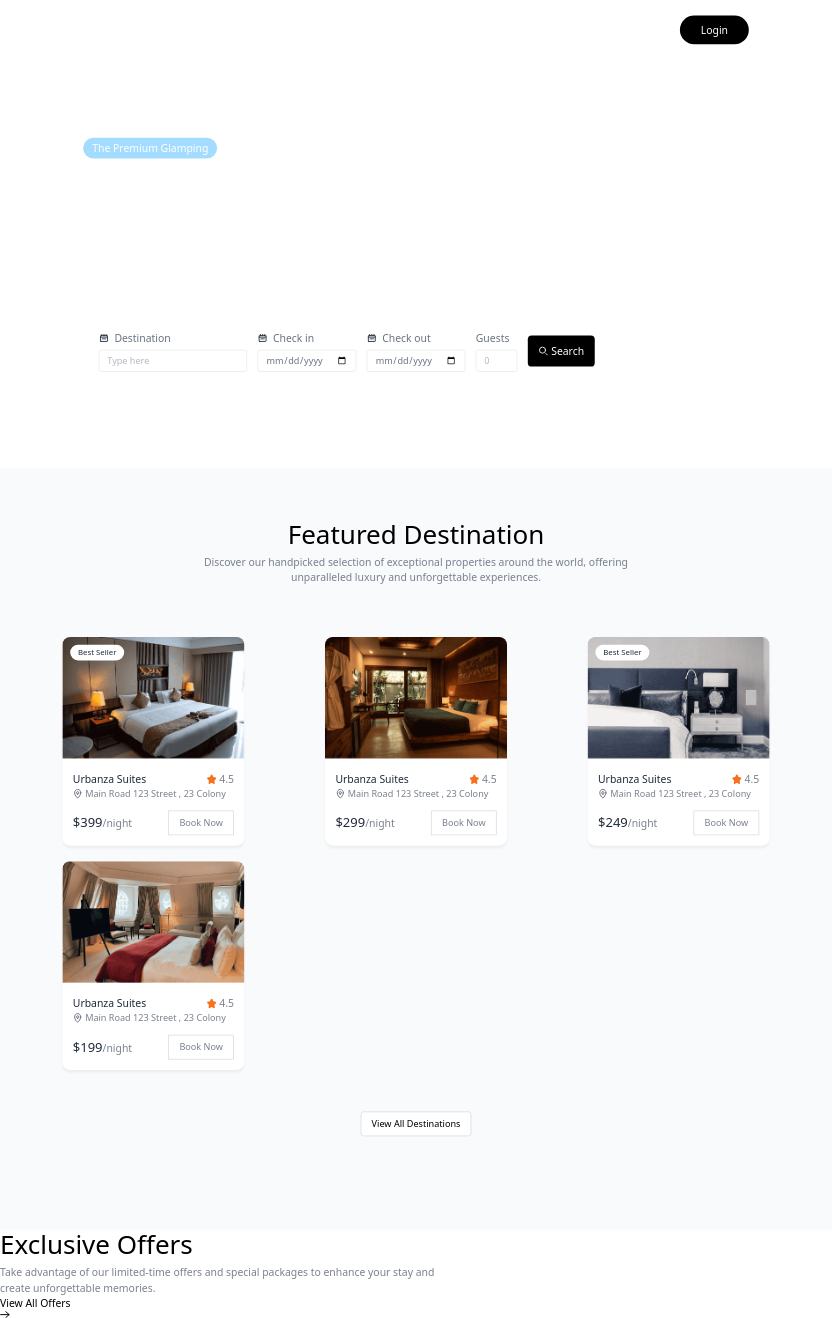
Repository: Ponn-Star/My-App
Page: / (app in FrontEnd/)
These files come from the project's save history. The page is drawn as it stood at one moment and after the next save; the edit follows.
The browser window is 1280 px wide. The pictures show the whole page, at 65% of full size.
The project was rebuilt for these pictures with package versions that can differ from the ones it lists, and the page was loaded fresh each time. Also part of the build but not shown: FrontEnd/vite.config.js, FrontEnd/src/assets/assets.js.

Above is the page before, as saved 2025-05-08 23:03:29.

### FrontEnd/index.html
<!doctype html>
<html lang="en">
  <head>
    <meta charset="UTF-8" />
    <link rel="icon" type="image/svg+xml" href="/favicon.svg" />
    <meta name="viewport" content="width=device-width, initial-scale=1.0" />
    <title>Booking</title>
  </head>
  <body>
    <div id="root"></div>
    <script type="module" src="/src/main.jsx"></script>
  </body>
</html>

### FrontEnd/src/main.jsx
import { StrictMode } from 'react'
import { createRoot } from 'react-dom/client'
import './index.css'
import App from './App.jsx'
import { BrowserRouter } from 'react-router-dom'

createRoot(document.getElementById('root')).render(
    <BrowserRouter>
      <App />
    </BrowserRouter>
)

### FrontEnd/src/App.jsx
import React from 'react'
import Navbar from './components/Navbar'
import { Route, Routes, useLocation } from 'react-router-dom'
import Home from './pages/Home'

function App() {

  const isOwnerPath = useLocation().pathname.includes("owner");
  return (
    <div>
      {!isOwnerPath && <Navbar />}
      <div className='min-h-[70vh]'>
        <Routes>
          <Route path='/' element={<Home />} />
        </Routes>
      </div>
    </div>
  )
}

export default App

### FrontEnd/src/components/Navbar.jsx
import React from 'react';
import { Link } from 'react-router-dom';
import { assets } from '../assets/assets';

const Navbar = () => {
    const navLinks = [
        { name: 'Home', path: '/' },
        { name: 'Hotels', path: '/rooms' },
        { name: 'Experience', path: '/' },
        { name: 'About', path: '/' },
    ];

    const [isScrolled, setIsScrolled] = React.useState(false);
    const [isMenuOpen, setIsMenuOpen] = React.useState(false);

    React.useEffect(() => {
        const handleScroll = () => {
            setIsScrolled(window.scrollY > 10);
        };
        window.addEventListener("scroll", handleScroll);
        return () => window.removeEventListener("scroll", handleScroll);
    }, []);

    return (
            <nav className={`fixed top-0 left-0 w-full flex items-center justify-between px-4 md:px-16 lg:px-24 xl:px-32 transition-all duration-500 z-50 ${isScrolled ? "bg-white/80 shadow-md text-gray-700 backdrop-blur-lg py-3 md:py-4" : "py-4 md:py-6"}`}>

                {/* Logo */}
                <Link to='/'>
                    <img src={assets.logo} alt="logo" className={`h-9 ${isScrolled && "invert opacity-80"}`} />
                </Link>

                {/* Desktop Nav */}
                <div className="hidden md:flex items-center gap-4 lg:gap-8">
                    {navLinks.map((link, i) => (
                        <a key={i} href={link.path} className={`group flex flex-col gap-0.5 ${isScrolled ? "text-gray-700" : "text-white"}`}>
                            {link.name}
                            <div className={`${isScrolled ? "bg-gray-700" : "bg-white"} h-0.5 w-0 group-hover:w-full transition-all duration-300`} />
                        </a>
                    ))}
                    <button className={`border px-4 py-1 text-sm font-light rounded-full cursor-pointer ${isScrolled ? 'text-black' : 'text-white'} transition-all`}>
                        Dashboard
                    </button>
                </div>

                {/* Desktop Right */}
                <div className="hidden md:flex items-center gap-4">
                    <img src={assets.searchIcon} alt='search' className={`${isScrolled && "invert"} h-7 transition duration-500`} />
                    <button className="bg-black text-white px-8 py-2.5 rounded-full ml-4 transition-all duration-500">
                        Login
                    </button>
                </div>

                {/* Mobile Menu Button */}
                <div className="flex items-center gap-3 md:hidden">
                    <img onClick={()=> setIsMenuOpen(!isMenuOpen)} src={assets.menuIcon} alt='' className={`${isScrolled && "invert"} h-4`} />
                </div>

                {/* Mobile Menu */}
                <div className={`fixed top-0 left-0 w-full h-screen bg-white text-base flex flex-col md:hidden items-center justify-center gap-6 font-medium text-gray-800 transition-all duration-500 ${isMenuOpen ? "translate-x-0" : "-translate-x-full"}`}>
                    <button className="absolute top-4 right-4" onClick={() => setIsMenuOpen(false)}>
                        <img src={assets.closeIcon} alt='close' className="h-6.5" />
                    </button>

                    {navLinks.map((link, i) => (
                        <a key={i} href={link.path} onClick={() => setIsMenuOpen(false)}>
                            {link.name}
                        </a>
                    ))}

                    <button className="border px-4 py-1 text-sm font-light rounded-full cursor-pointer transition-all">
                        Dashboard
                    </button>

                    <button className="bg-black text-white px-8 py-2.5 rounded-full transition-all duration-500">
                        Login
                    </button>
                </div>
            </nav>
    );
}

export default Navbar

### FrontEnd/src/pages/Home.jsx
import React from 'react'
import Hero from '../components/Hero'
import FeaturedDestination from '../components/FeaturedDestination'
import ExclusiveOffers from '../components/ExclusiveOffers'

const Home = () => {
  return (
    <>
      <Hero />
      <FeaturedDestination />
      <ExclusiveOffers />
    </>
  )
}

export default Home

### FrontEnd/src/components/Hero.jsx
import React from 'react'
import { cities } from '../assets/assets'

const Hero = () => {
  return (
    <div className='flex flex-col items-start justify-center px-6 md:px-16 lg:px-24 xl:px-32 text-white bg-[url("/src/assets/heroImage.png")] bg-no-repeat bg-cover bg-center h-screen'>
      <p className="bg-[#49B9FF]/50 px-3.5 py-1 rounded-full mt-20">The Premium Glamping</p>
      <h1 className="font-playfair text-2x1 md:text-5x1 md:text-[50px] md:leading-[56px] font-bold md:font-extrabold max-w-xl mt-4">CỰC CHILL CẮM TRẠI BBQ TRƯỚC LỀU!</h1>
      <p className="max-w-170 mt-2 text-sm md:text-base">Giữa rừng thông lặng lẽ, 𝐅𝐨𝐫𝐞𝐬𝐭 𝐒𝐜𝐞𝐧𝐭 𝐆𝐥𝐚𝐦𝐩𝐢𝐧𝐠 & 𝐂𝐚𝐦𝐩𝐢𝐧𝐠 không ồn ào, không vội vã, không deadline. Chỉ cần xách balo lên và để 𝐅𝐨𝐫𝐞𝐬𝐭 𝐒𝐜𝐞𝐧𝐭 lo. Mọi thứ đã sẵn sàng để bạn “nghỉ ngơi” đúng nghĩa</p>

      <form className='bg-white text-gray-500 rounded-lg px-6 py-4 flex flex-col md:flex-row max-md:items-start gap-4 max-md:mx-auto mt-10'>

            <div>
                <div className='flex items-center gap-2'>
                    <svg className="w-4 h-4 text-gray-800" aria-hidden="true" xmlns="http://www.w3.org/2000/svg" width="24" height="24" fill="none" viewBox="0 0 24 24" >
                        <path stroke="currentColor" strokeLinecap="round" strokeLinejoin="round" strokeWidth="2" d="M4 10h16M8 14h8m-4-7V4M7 7V4m10 3V4M5 20h14a1 1 0 0 0 1-1V7a1 1 0 0 0-1-1H5a1 1 0 0 0-1 1v12a1 1 0 0 0 1 1Z" />
                    </svg>
                    <label htmlFor="destinationInput">Destination</label>
                </div>
                <input list='destinations' id="destinationInput" type="text" className=" rounded border border-gray-200 px-3 py-1.5 mt-1.5 text-sm outline-none" placeholder="Type here" required />
                <datalist id='destinations'>
                  {cities.map((city, index) => (
                    <option value={index} key={city}/>
                  ))}
                  /</datalist>
            </div>

            <div>
                <div className='flex items-center gap-2'>
                    <svg className="w-4 h-4 text-gray-800" aria-hidden="true" xmlns="http://www.w3.org/2000/svg" width="24" height="24" fill="none" viewBox="0 0 24 24" >
                        <path stroke="currentColor" strokeLinecap="round" strokeLinejoin="round" strokeWidth="2" d="M4 10h16M8 14h8m-4-7V4M7 7V4m10 3V4M5 20h14a1 1 0 0 0 1-1V7a1 1 0 0 0-1-1H5a1 1 0 0 0-1 1v12a1 1 0 0 0 1 1Z" />
                    </svg>
                    <label htmlFor="checkIn">Check in</label>
                </div>
                <input id="checkIn" type="date" className=" rounded border border-gray-200 px-3 py-1.5 mt-1.5 text-sm outline-none" />
            </div>

            <div>
                <div className='flex items-center gap-2'>
                    <svg className="w-4 h-4 text-gray-800" aria-hidden="true" xmlns="http://www.w3.org/2000/svg" width="24" height="24" fill="none" viewBox="0 0 24 24" >
                        <path stroke="currentColor" strokeLinecap="round" strokeLinejoin="round" strokeWidth="2" d="M4 10h16M8 14h8m-4-7V4M7 7V4m10 3V4M5 20h14a1 1 0 0 0 1-1V7a1 1 0 0 0-1-1H5a1 1 0 0 0-1 1v12a1 1 0 0 0 1 1Z" />
                    </svg>
                    <label htmlFor="checkOut">Check out</label>
                </div>
                <input id="checkOut" type="date" className=" rounded border border-gray-200 px-3 py-1.5 mt-1.5 text-sm outline-none" />
            </div>

            <div className='flex md:flex-col max-md:gap-2 max-md:items-center'>
                <label htmlFor="guests">Guests</label>
                <input min={1} max={4} id="guests" type="number" className=" rounded border border-gray-200 px-3 py-1.5 mt-1.5 text-sm outline-none  max-w-16" placeholder="0" />
            </div>

            <button className='flex items-center justify-center gap-1 rounded-md bg-black py-3 px-4 text-white my-auto cursor-pointer max-md:w-full max-md:py-1' >
                <svg className="w-4 h-4 text-white" aria-hidden="true" xmlns="http://www.w3.org/2000/svg" width="24" height="24" fill="none" viewBox="0 0 24 24" >
                    <path stroke="currentColor" strokeLinecap="round" strokeWidth="2" d="m21 21-3.5-3.5M17 10a7 7 0 1 1-14 0 7 7 0 0 1 14 0Z" />
                </svg>
                <span>Search</span>
            </button>
        </form>
    </div>
  )
}

export default Hero

### FrontEnd/src/components/FeaturedDestination.jsx
import React from 'react'
import HotelCard from './HotelCard'
import { roomsDummyData } from '../assets/assets'
import Title from './Title'
import { useNavigate } from 'react-router-dom'

const FeaturedDestination = () => {

  const navigate = useNavigate()

  return (
    <div className='flex flex-col items-center px-6 md:px-16 lg:px-24 bg-slate-50 py-20'>

        <Title title='Featured Destination' subTitle='Discover our handpicked selection of exceptional properties around the world, offering unparalleled luxury and unforgettable experiences.' />

        <div className='flex flex-wrap items-center justify-between gap-6 mt-20'>
        {roomsDummyData.slice(0, 4).map((room, index) => (
            <HotelCard key={room._id} room={room} index={index} />
        ))}
        </div>

        <button onClick={() => { navigate('/rooms'); scrollTo(0, 0); }}
        className="my-16 px-4 py-2 text-sm font-medium border border-gray-300 rounded bg-white hover:bg-gray-50 transition-all cursor-pointer">
          View All Destinations
        </button>
    </div>
  )
}

export default FeaturedDestination

### FrontEnd/src/components/ExclusiveOffers.jsx
import React from 'react'
import Title from './Title'
import { assets } from '../assets/assets'

const ExclusiveOffers = () => {
  return (
    <div>
      <div>
        <Title align='left' title='Exclusive Offers' subTitle='Take advantage of our limited-time offers and special packages to enhance your stay and create unforgettable memories.'/>
        <button>
            View All Offers
            <img src={assets.arrowIcon} alt="arrow-icon"
            className='group-hover:translate-x-1 transition-all'/>
        </button>
      </div>
    </div>
  )
}

export default ExclusiveOffers

### FrontEnd/src/components/HotelCard.jsx
import React from 'react'
import { Link } from 'react-router-dom'
import { assets } from '../assets/assets'

const HotelCard = ({room, index}) => {
  return (
      <Link to={'/room/' + room._id} onClick={()=> scrollTo(0,0)} key={room._id} className='relative max-w-70 w-full rounded-xl overflow-hidden bg-white text-gray-500/90 shadow-[0px_4px_4px_rgba(0,0,0,0.05)]'>
          <img src={room.images[0]} alt=""/>

          {index % 2 === 0 && <p className='px-3 py-1 absolute top-3 left-3 text-xs bg-white text-gray-800 font-medium rounded-full'>Best Seller </p>}

          <div className='p-4 pt-5'>
            <div className='flex items-center justify-between'>
                <p className='font-playfair text-x1 font-medium text-gray-800'>{room.hotel.name}</p>
                <div className='flex items-center gap-1'>
                    <img src={assets.starIconFilled} alt="star-icon" /> 4.5
                </div>
            </div>
                <div className='flex items-center gap-1 text-sm'>
                    <img src={assets.locationIcon} alt="location-icon" />
                    <span>{room.hotel.address}</span>
                </div>
                <div className='flex items-center justify-between mt-4'>
                    <p><span className='text-xl text-gray-800'>${room.pricePerNight}</span>/night</p>
                    <button className='px-4 py-2 text-sm font-medium border border-gray-300 rounded:bg-gray-50 transition-all cursor-pointer'>Book Now</button>
                </div>
          </div>
      </Link>
  )
}

export default HotelCard

### FrontEnd/src/components/Title.jsx
import React from 'react'

const Title = ({title, subTitle, align, font}) => {
    return (
        <div className={`flex flex-col justify-center items-center text-center ${align === "left" && "md:items-start md:text-left"}`}>
          <h1 className={`text-4xl md:text-[40px] ${font || "font-playfair"}`}>{title}</h1>
          <p className="text-sm md:text-base text-gray-500/90 mt-2 max-w-174">{subTitle}</p>
        </div>
  )
}

export default Title

Loaded but not shown: FrontEnd/src/index.css (common file)

After the next save:
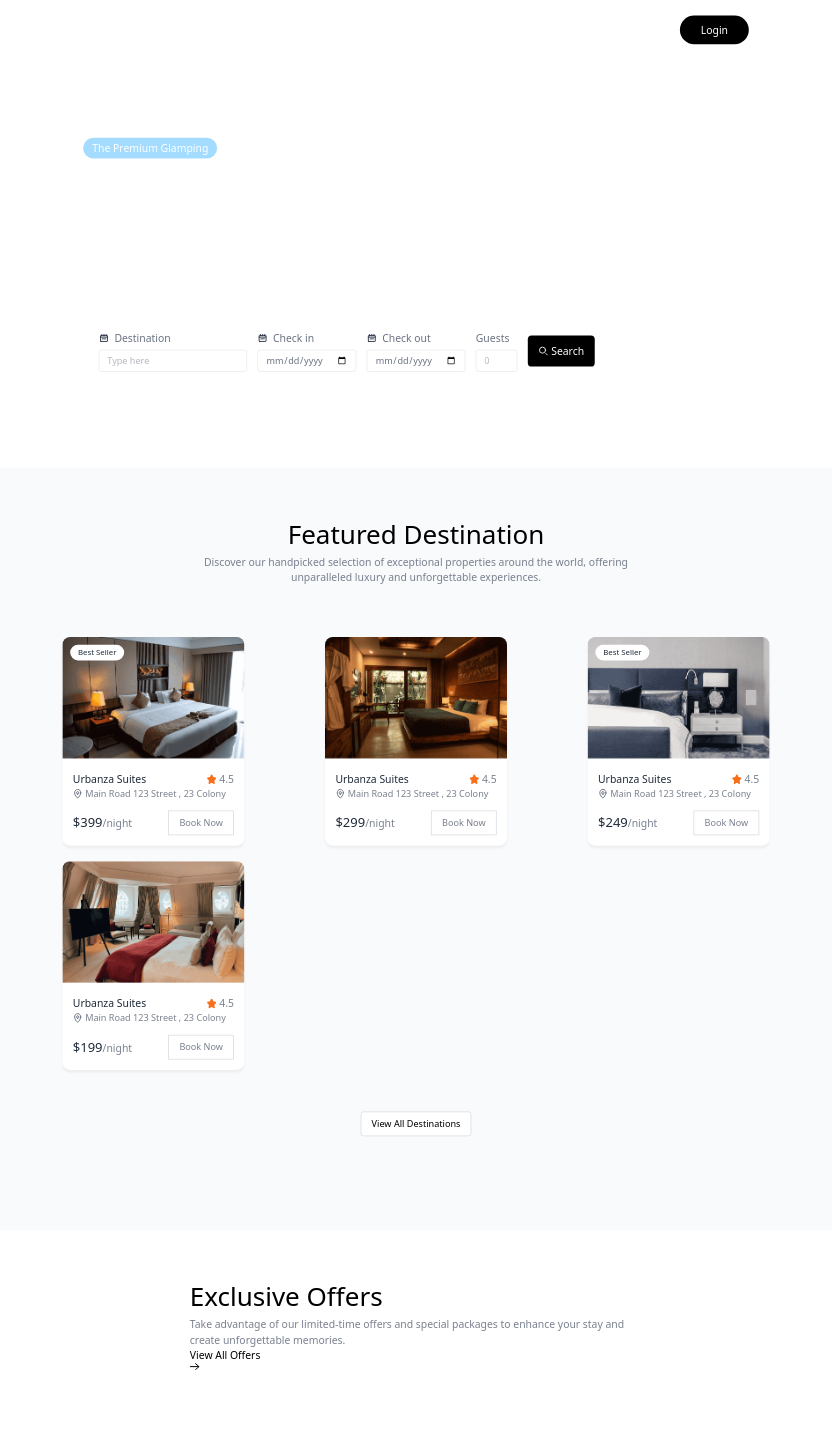
Saved 28 s later.
--- a/FrontEnd/src/components/ExclusiveOffers.jsx
+++ b/FrontEnd/src/components/ExclusiveOffers.jsx
@@ -4,7 +4,7 @@ import { assets } from '../assets/assets'
 
 const ExclusiveOffers = () => {
   return (
-    <div>
+    <div className='flex flex-col items-center px-6 md:px-16 lg:px-24 xl:px-32 pt-20 pb-30'>
       <div>
         <Title align='left' title='Exclusive Offers' subTitle='Take advantage of our limited-time offers and special packages to enhance your stay and create unforgettable memories.'/>
         <button>
